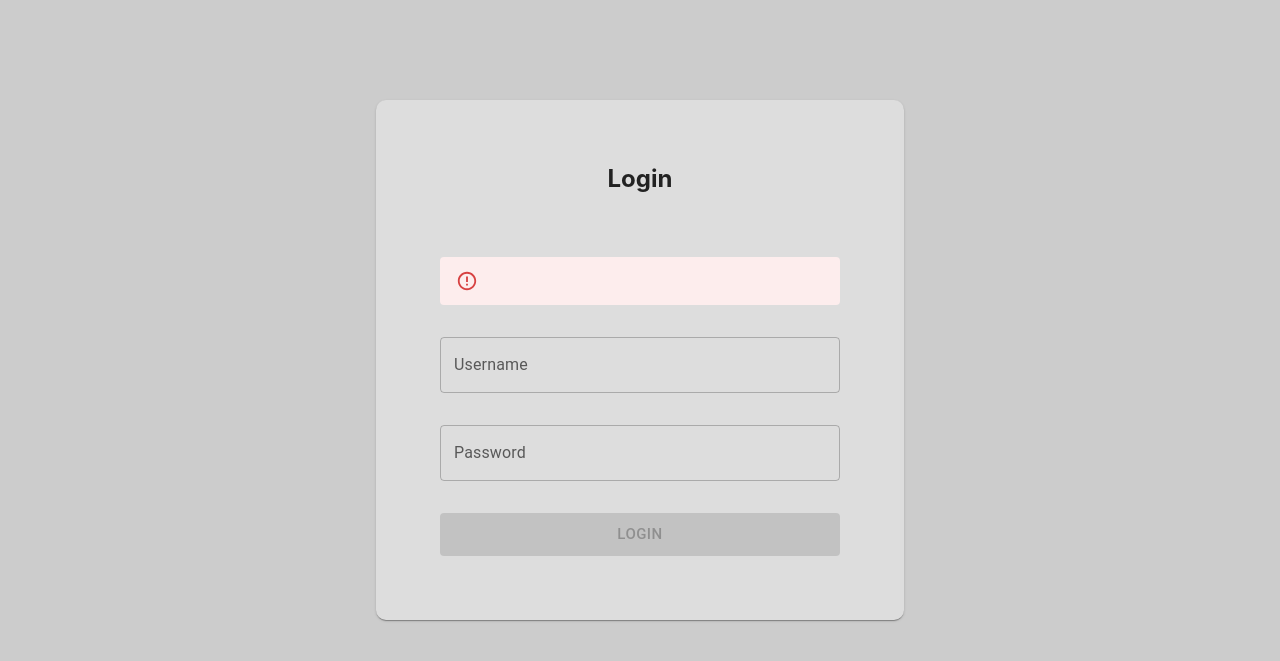
Repository: devhalo21028/learn-react
Page: / (app in end-to-end-test/my-app/)
The author's editor kept a copy of each file at every save. The page is drawn from the files as they stood at one save, then again after the next save.
The browser window is 1280 px wide. The pictures show the whole page.
The page's requests for data from a server got no answer. The project was rebuilt for these pictures with package versions that can differ from the ones it lists, and the page was loaded fresh each time. No one was signed in, and anything a server would have sent is missing. Also part of the build but not shown: end-to-end-test/my-app/src/general/components/Welcome/Welcome.tsx.

Above is the page before, as saved 2022-01-18 21:11:25.

### end-to-end-test/my-app/src/index.tsx
import React from 'react';
import ReactDOM from 'react-dom';
import { BrowserRouter } from 'react-router-dom';
import { Provider } from 'react-redux';
import { store } from './store';
import { App } from './App';
import reportWebVitals from './reportWebVitals';

import './index.css';

ReactDOM.render(
  <React.StrictMode>
    <Provider store={store}>
      <BrowserRouter>
        <App />
      </BrowserRouter>
    </Provider>
  </React.StrictMode>,
  document.getElementById('root'),
);

// If you want to start measuring performance in your app, pass a function
// to log results (for example: reportWebVitals(console.log))
// or send to an analytics endpoint. Learn more: https://bit.ly/CRA-vitals
reportWebVitals();

### end-to-end-test/my-app/src/store.ts
import { configureStore } from '@reduxjs/toolkit';
import { setupListeners } from '@reduxjs/toolkit/query/react';
import { authApi } from './auth/services/authApi';
import { authReducer } from './auth/services/authSlice';

export const store = configureStore({
  reducer: {
    [authApi.reducerPath]: authApi.reducer,
    auth: authReducer,
  },
  middleware: (getDefaultMiddlware) => getDefaultMiddlware().concat(authApi.middleware),
});

export type RootState = ReturnType<typeof store.getState>;

export type AppDispatch = typeof store.dispatch;

setupListeners(store.dispatch);

### end-to-end-test/my-app/src/App.tsx
/** @jsxImportSource @emotion/react */

import { Routes, Route } from 'react-router-dom';
import { css } from '@emotion/react';
import { Welcome } from './general/components/Welcome';
import Login from './auth/components/Login';
import RequireAuth from './auth/components/RequireAuth';

export function App() {
  return (
    <div css={css`
      display: flex;
      height: 100%;
    `}
    >
      <Routes>
        <Route
          path="/"
          element={(
            <RequireAuth>
              <Welcome />
            </RequireAuth>
          )}
        />
        <Route path="/login" element={<Login />} />
      </Routes>
    </div>
  );
}

### end-to-end-test/my-app/src/index.css
html, body {
  min-height: 100%;
}

body {
  margin: 0;
  font-family: -apple-system, BlinkMacSystemFont, 'Segoe UI', 'Roboto', 'Oxygen',
    'Ubuntu', 'Cantarell', 'Fira Sans', 'Droid Sans', 'Helvetica Neue',
    sans-serif;
  -webkit-font-smoothing: antialiased;
  -moz-osx-font-smoothing: grayscale;
}

code {
  font-family: source-code-pro, Menlo, Monaco, Consolas, 'Courier New',
    monospace;
}

#root {
  position: absolute;
  top: 0;
  left: 0;
  width: 100%;
  height: 100%;
}

### end-to-end-test/my-app/src/auth/services/authApi.ts
import { createApi, fetchBaseQuery } from '@reduxjs/toolkit/query/react';
import { API_URL } from '../../appConstant';

export interface LoginResponse {
  token: string
}

export interface LoginRequest {
  username: string
  password: string
}

export const authApi = createApi({
  reducerPath: 'authApi',
  baseQuery: fetchBaseQuery({
    baseUrl: `${API_URL}/auth`,
  }),
  endpoints: (build) => ({
    login: build.mutation<LoginResponse, LoginRequest>({
      query: (data: LoginRequest) => ({
        url: '/login',
        method: 'POST',
        body: data,
      }),
    }),
  }),
});

### end-to-end-test/my-app/src/auth/services/authSlice.ts
/* eslint-disable no-param-reassign */
import { createSlice, PayloadAction } from '@reduxjs/toolkit';

export interface AuthState {
  token?: string
}

export interface LoginPayload {
  token: string
}

const initialState: AuthState = {};

export const authSlice = createSlice({
  name: 'auth',
  initialState,
  reducers: {
    saveLogin: (state, action: PayloadAction<LoginPayload>) => {
      state.token = action.payload.token;
    },
  },
});

export const { saveLogin } = authSlice.actions;

export const authReducer = authSlice.reducer;

### end-to-end-test/my-app/src/auth/components/RequireAuth/index.ts
export { default } from './RequireAuth';

### end-to-end-test/my-app/src/appConstant.ts
export const API_URL = process.env.REACT_APP_API_URL || 'http://localhost:3000/api/v1';

### end-to-end-test/my-app/src/auth/components/Login/Login.tsx
/** @jsxImportSource @emotion/react */

import { css } from '@emotion/react';
import { Paper, Alert } from '@mui/material';
import { useDispatch } from 'react-redux';
import { authApi } from '../../services/authApi';
import { saveLogin } from '../../services/authSlice';
import LoginForm, { LoginFormData } from './LoginForm';

export default function Login() {
  const dispatch = useDispatch();
  const [login, { error, isLoading: isSubmittingLogin }] = authApi.useLoginMutation();

  const handleFormSubmit = async (data: LoginFormData) => {
    const auth = await login(data).unwrap();

    dispatch(saveLogin(auth));
  };

  const getErrorMessage = (err: any) => err?.data?.message || err?.error;

  return (
    <section
      css={css`
        background: #ccc;
        display: flex;
        flex: 1;
        align-items: center;
        justify-content: center;
      `}
    >
      <Paper
        css={css`
          background: #ddd;
          padding: 4rem;
          min-width: 25rem;
          border-radius: 10px;
        `}
      >
        <h1
          css={css`
            text-align: center;
            margin: 0 0 4rem 0;
            color: #222;
          `}
        >
          Login
        </h1>
        { !error && (
          <Alert
            severity="error"
            css={css`
              margin-bottom: 2rem;
            `}
          >
            {getErrorMessage(error)}
          </Alert>
        )}
        <LoginForm
          onSubmit={handleFormSubmit}
          isSubmitting={isSubmittingLogin}
        />
      </Paper>
    </section>
  );
}

### end-to-end-test/my-app/src/auth/components/RequireAuth/RequireAuth.tsx
import React from 'react';
import { useSelector } from 'react-redux';
import { Navigate, useLocation } from 'react-router-dom';
import { RootState } from '../../../store';
import { AuthState } from '../../services/authSlice';

export interface AuthProps {
  children: React.ReactElement
}

export default function RequireAuth({ children }: AuthProps): React.ReactElement {
  const auth = useSelector<RootState, AuthState>((state) => state.auth);
  const location = useLocation();

  if (!auth?.token) {
    return (
      <Navigate
        to="/login"
        state={{
          from: location,
        }}
        replace
      />
    );
  }

  return children;
}

### end-to-end-test/my-app/src/auth/components/Login/LoginForm/index.ts
export { default } from './LoginForm';
export * from './LoginForm';

### end-to-end-test/my-app/src/auth/components/Login/LoginForm/LoginForm.tsx
/** @jsxImportSource @emotion/react */

import React, { useState } from 'react';
import { css } from '@emotion/react';
import { Button, TextField } from '@mui/material';

export interface LoginFormData {
  username: string
  password: string
}

export interface LoginFormState extends LoginFormData {
  buttonDisabled: boolean
}

export interface LoginFormProps {
  onSubmit: (data: LoginFormData) => void
  isSubmitting: boolean
}

export default function LoginForm({
  onSubmit,
  isSubmitting,
}: LoginFormProps) {
  const [formState, setFormState] = useState<LoginFormState>({
    username: '',
    password: '',
    buttonDisabled: true,
  });

  const isButtonDisabled = (state: LoginFormState) => !state.username || !state.password;

  const onFieldChange = (e: React.ChangeEvent<HTMLInputElement>) => {
    const newValue = e.target.value;
    const fieldName = e.target.name;
    const newFormState = {
      ...formState,
      [fieldName]: newValue,
    };

    const buttonDisabled = isButtonDisabled(newFormState);

    setFormState({
      ...newFormState,
      buttonDisabled,
    });
  };

  const handleOnSubmit = (e: React.FormEvent<HTMLFormElement>) => {
    const {
      username,
      password,
    } = formState;

    onSubmit({
      username,
      password,
    });

    e.preventDefault();
  };

  return (
    <form
      css={css`
            display: flex;
            flex-direction: column;
            row-gap: 2rem;
          `}
      onSubmit={handleOnSubmit}
    >
      <TextField
        variant="outlined"
        name="username"
        label="Username"
        onChange={onFieldChange}
      />
      <TextField
        type="password"
        variant="outlined"
        name="password"
        label="Password"
        onChange={onFieldChange}
      />
      <Button
        type="submit"
        disabled={formState.buttonDisabled || isSubmitting}
        variant="contained"
        size="large"
      >
        Login
      </Button>
    </form>
  );
}

Loaded but not shown: end-to-end-test/my-app/public/index.html (common file); end-to-end-test/my-app/src/reportWebVitals.ts (common file); end-to-end-test/my-app/src/general/components/Welcome/index.ts (common file); end-to-end-test/my-app/src/auth/components/Login/index.ts (common file)

After the next save:
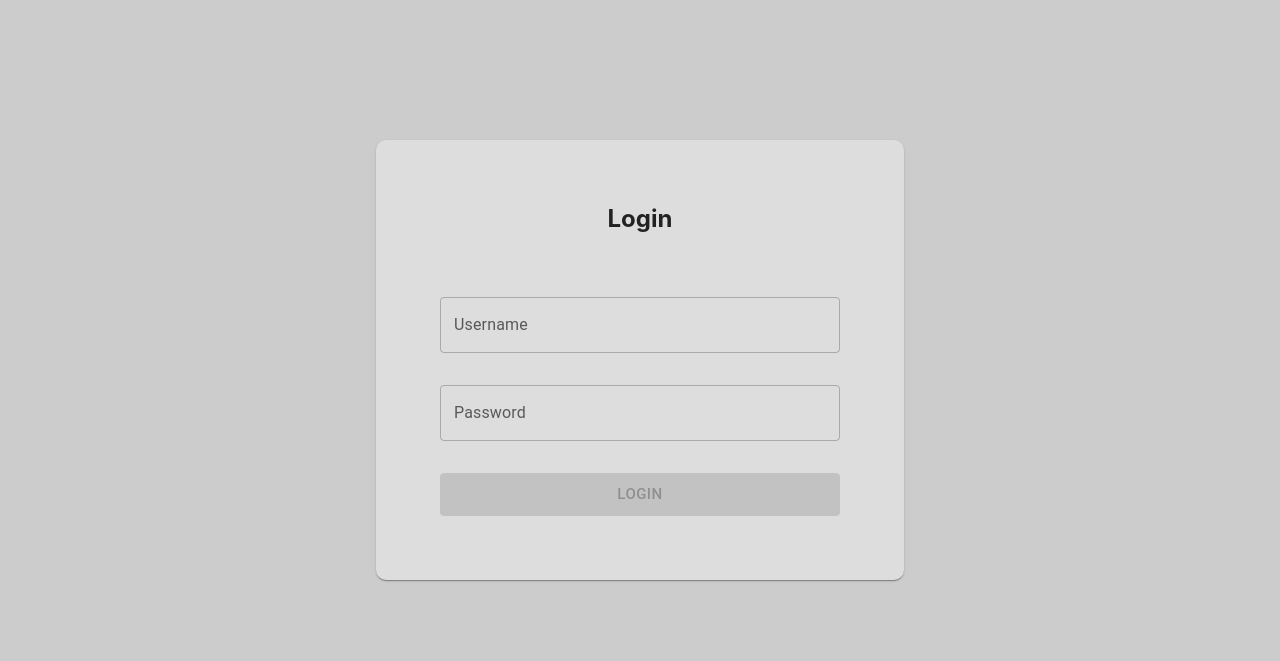
Saved 11 s later.
--- a/end-to-end-test/my-app/src/auth/components/Login/Login.tsx
+++ b/end-to-end-test/my-app/src/auth/components/Login/Login.tsx
@@ -46,7 +46,7 @@ export default function Login() {
         >
           Login
         </h1>
-        { !error && (
+        { error && (
           <Alert
             severity="error"
             css={css`
